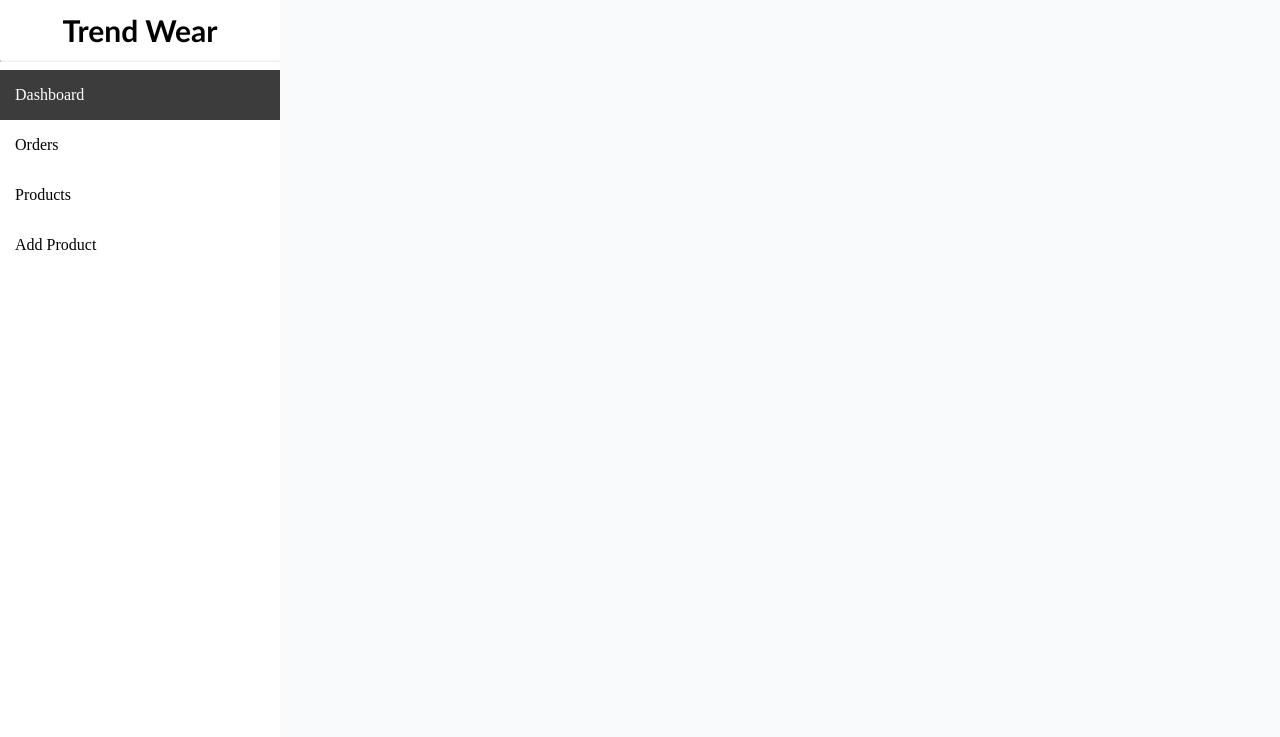
Repository: ahmad-dev7/TrendWear
Page: / (app in trend_wear_dashboard/)
The author's editor kept a copy of each file at every save. The page is drawn from the files as they stood at one save, then again after the next save.
The browser window is 1280 px wide. The pictures show the whole page.
The project was rebuilt for these pictures with package versions that can differ from the ones it lists, and the page was loaded fresh each time. Also part of the build but not shown: trend_wear_dashboard/vite.config.ts.

Above is the page before, as saved 2025-01-19 14:45:23.

### trend_wear_dashboard/index.html
<!doctype html>
<html lang="en">

<head>
  <meta charset="UTF-8" />
  <link rel="icon" type="image/svg+xml" href="/vite.svg" />
  <meta name="viewport" content="width=device-width, initial-scale=1.0" />
  <title>Trend Wear</title>
</head>

<body>
  <div id="root"></div>
  <script type="module" src="/src/main.tsx"></script>
</body>

</html>

### trend_wear_dashboard/src/main.tsx
import { StrictMode } from "react";
import { createRoot } from "react-dom/client";
//import "bootstrap/dist/css/bootstrap.css";
import "./App.css";
import App from "./App.tsx";

createRoot(document.getElementById("root")!).render(
  <StrictMode>
    <App />
  </StrictMode>
);

### trend_wear_dashboard/src/App.css
body {
    background-color: #F9FAFB;
    padding: 0px;
    margin: 0px;

}

### trend_wear_dashboard/src/App.tsx
import Sidebar from "./Sidebar/Sidebar";
import "./Sidebar/Sidebar.css";

function App() {
  return (
    <>
      <Sidebar />
    </>
  );
}

export default App;

### trend_wear_dashboard/src/Sidebar/Sidebar.tsx
const Sidebar = () => {
  return (
    <div id="sidebar">
      <div className="header">Trend Wear</div>
      <hr />
      <ul id="sidebar-content">
        <li className="tab active">Dashboard</li>
        <li className="tab">Orders</li>
        <li className="tab">Products</li>
        <li className="tab">Add Product</li>
      </ul>
    </div>
  );
};

export default Sidebar;

### trend_wear_dashboard/src/Sidebar/sidebar.css
/* Sidebar body */
#sidebar {
    background-color: white;
    width: 280px;
    height: 99vh;
    padding: 12px 0px 12px 0px;
    border-right-width: 2px;
    border-color: red;
}

/* Header with title [Trend Wear] */
#sidebar .header {
    height: 40px;
    font-size: 30px;
    text-align: center;
    font-weight: bold;
    font-family: 'Gill Sans', 'Gill Sans MT', Calibri, 'Trebuchet MS', sans-serif;
}

/* Divider between header and navbar */
#sidebar hr {
    border-top: 1px solid #F9FAFB;
}

#sidebar-content {
    list-style-type: none;
    margin: 0px;
    padding: 0px;
}



#sidebar-content .tab {
    height: 50px;
    color: black;
    display: flex;
    align-items: center;
    justify-content: flex-start;
    padding-left: 15px;
}


#sidebar-content .active {
    background-color: #3c3c3c;
    color: white;
}

After the next save:
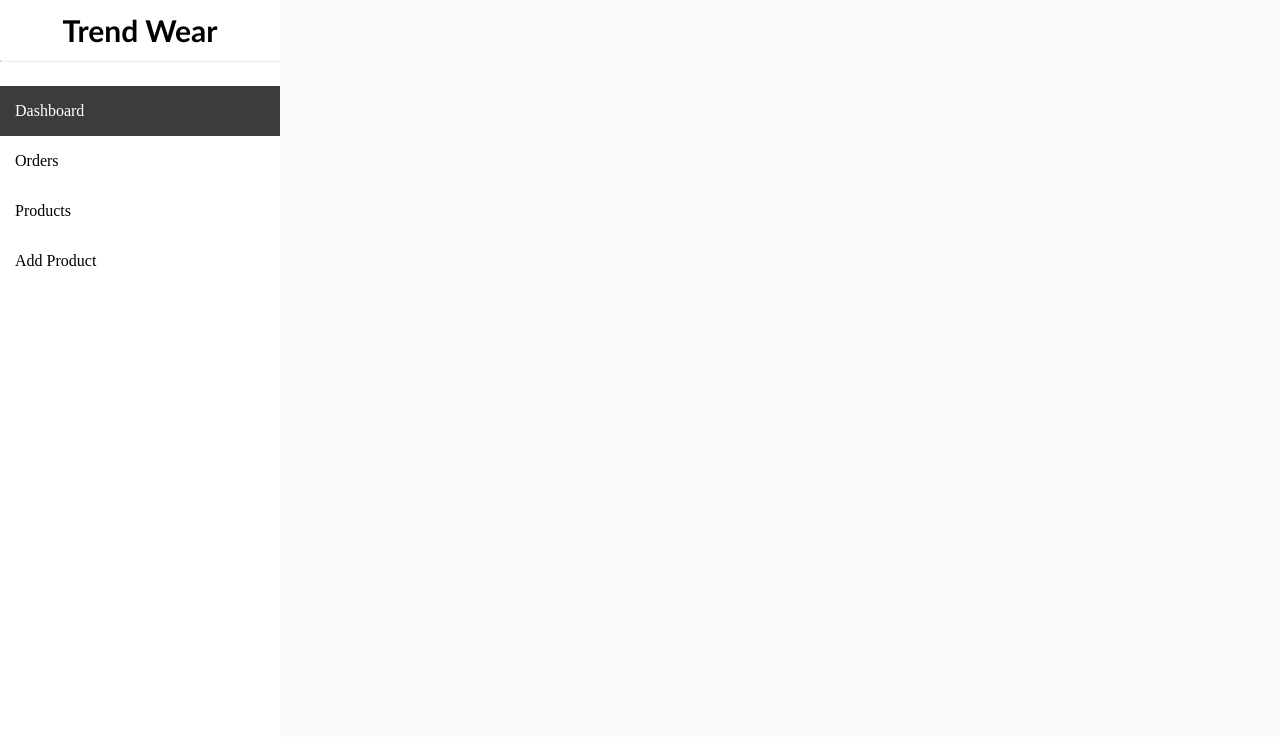
Saved 26 s later.
--- a/trend_wear_dashboard/src/Sidebar/sidebar.css
+++ b/trend_wear_dashboard/src/Sidebar/sidebar.css
@@ -24,7 +24,7 @@
 
 #sidebar-content {
     list-style-type: none;
-    margin: 0px;
+    margin-top: 24px;
     padding: 0px;
 }
 
